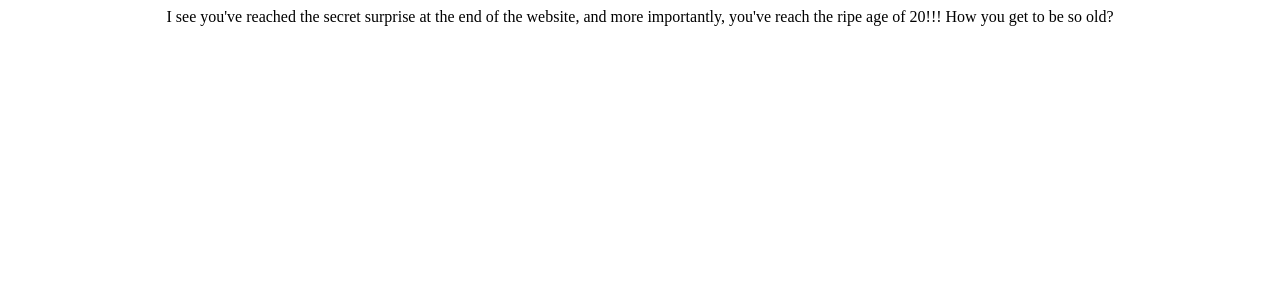
Repository: ir1998/cs201
Page: haley_website/WebContent/bday.html
These files come from the project's save history. The page is drawn as it stood at one moment and after a run of saves; the edit follows.
The browser window is 1280 px wide. The pictures show the whole page.

Above is the page before, as saved 2017-05-09 04:49:59.

### haley_website/WebContent/bday.html
<!DOCTYPE html>
<html>
<head>
<meta charset="UTF-8">
<title>happy birthday!!!!</title>
</head>
<body>
	<center>I see you've reached the secret surprise at the end of
		the website, and more importantly, you've reach the ripe age of 20!!!
		How you get to be so old?</center>
</body>
</html>

After the next 2 saves:
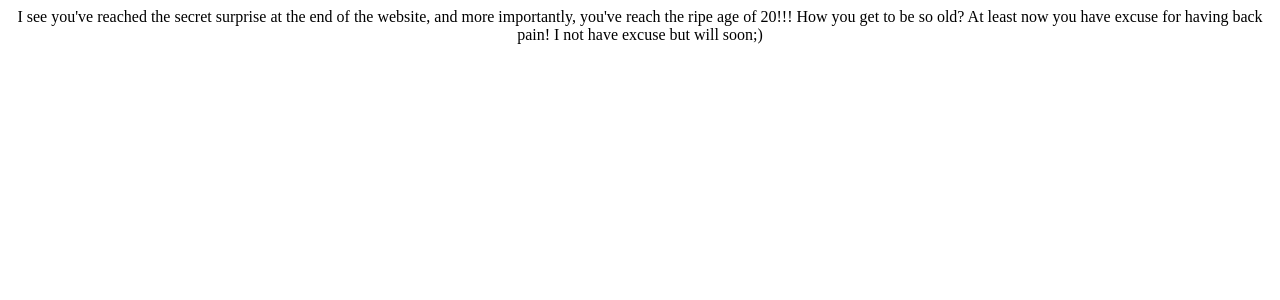
The 2 saves are shown as one change because they came seconds apart.
The last was saved 4 min 7 s later.
--- a/haley_website/WebContent/bday.html
+++ b/haley_website/WebContent/bday.html
@@ -7,6 +7,9 @@
 <body>
 	<center>I see you've reached the secret surprise at the end of
 		the website, and more importantly, you've reach the ripe age of 20!!!
-		How you get to be so old?</center>
+		How you get to be so old? At least now you have excuse for having back
+		pain! I not have excuse but will soon;)</center>
+	<br>
+	<center></center>
 </body>
 </html>
